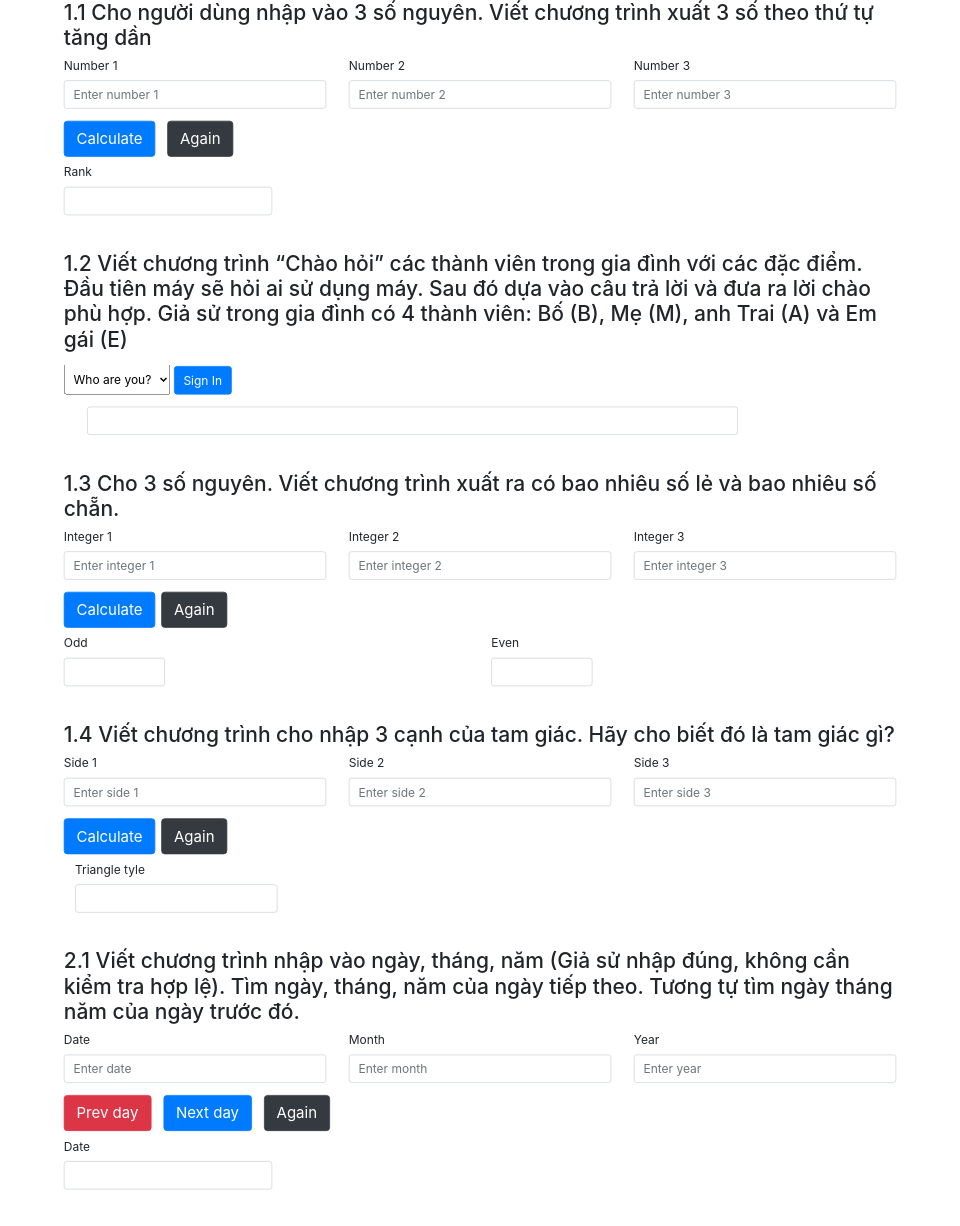
Repository: baobaodeveloper/bootscamp21__jsbasic__HuynhAnhBao
Page: index.html
These files come from the project's save history. The page is drawn as it stood at one moment and after the next save; the edit follows.
The browser window is 1280 px wide. The pictures show the whole page, at 75% of full size.

Above is the page before, as saved 2022-03-10 22:59:08.

After the next save:
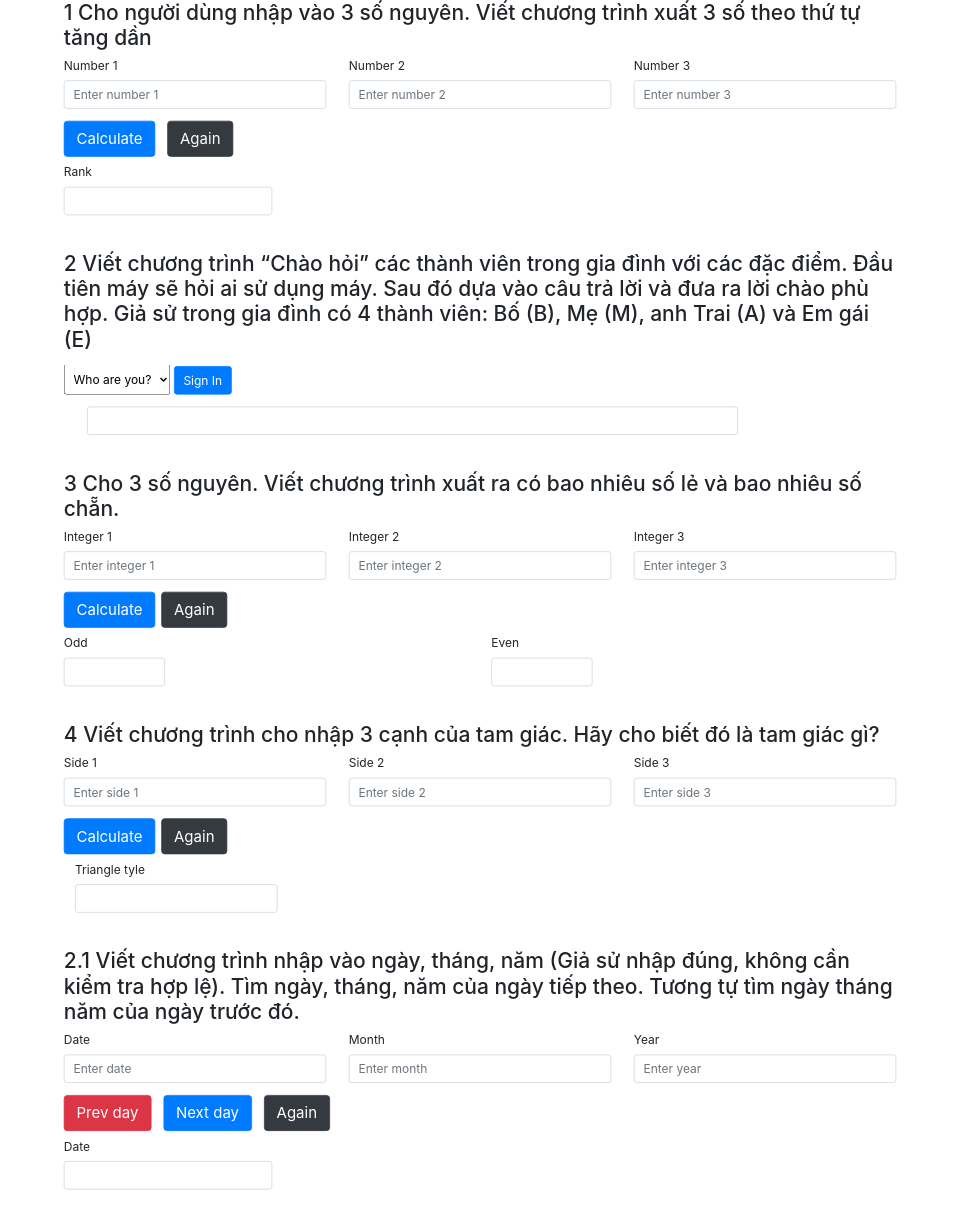
Saved 5 min 42 s later.
--- a/index.html
+++ b/index.html
@@ -18,11 +18,11 @@
     />
   </head>
   <body>
-    <!-- Cho người dùng nhập vào 3 số nguyên. Viết chương trình xuất 3 số theo thứ tự tăng dần -->
+    <!--1 Cho người dùng nhập vào 3 số nguyên. Viết chương trình xuất 3 số theo thứ tự tăng dần -->
     <div class="container mb-xl-5">
       <h3>
-        1.1 Cho người dùng nhập vào 3 số nguyên. Viết chương trình xuất 3 số
-        theo thứ tự tăng dần
+        1 Cho người dùng nhập vào 3 số nguyên. Viết chương trình xuất 3 số theo
+        thứ tự tăng dần
       </h3>
 
       <div class="row">
@@ -74,15 +74,15 @@
       </div>
     </div>
 
-    <!-- Viết chương trình “Chào hỏi” các thành viên trong gia đình với các đặc điểm. Đầu tiên máy
+    <!--2 Viết chương trình “Chào hỏi” các thành viên trong gia đình với các đặc điểm. Đầu tiên máy
     sẽ hỏi ai sử dụng máy. Sau đó dựa vào câu trả lời và đưa ra lời chào phù hợp. Giả sử trong
     gia đình có 4 thành viên: Bố (B), Mẹ (M), anh Trai (A) và Em gái (E) -->
     <div class="container mb-5">
       <h3 class="mb-3">
-        1.2 Viết chương trình “Chào hỏi” các thành viên trong gia đình với các
-        đặc điểm. Đầu tiên máy sẽ hỏi ai sử dụng máy. Sau đó dựa vào câu trả lời
-        và đưa ra lời chào phù hợp. Giả sử trong gia đình có 4 thành viên: Bố
-        (B), Mẹ (M), anh Trai (A) và Em gái (E)
+        2 Viết chương trình “Chào hỏi” các thành viên trong gia đình với các đặc
+        điểm. Đầu tiên máy sẽ hỏi ai sử dụng máy. Sau đó dựa vào câu trả lời và
+        đưa ra lời chào phù hợp. Giả sử trong gia đình có 4 thành viên: Bố (B),
+        Mẹ (M), anh Trai (A) và Em gái (E)
       </h3>
 
       <select class="form-select p-2" aria-label="Default select example">
@@ -106,10 +106,10 @@
       </div>
     </div>
 
-    <!--  1.3 Cho 3 số nguyên. Viết chương trình xuất ra có bao nhiêu số lẻ và bao nhiêu số chẵn.-->
+    <!--  3 Cho 3 số nguyên. Viết chương trình xuất ra có bao nhiêu số lẻ và bao nhiêu số chẵn.-->
     <div class="container mb-xl-5">
       <h3>
-        1.3 Cho 3 số nguyên. Viết chương trình xuất ra có bao nhiêu số lẻ và bao
+        3 Cho 3 số nguyên. Viết chương trình xuất ra có bao nhiêu số lẻ và bao
         nhiêu số chẵn.
       </h3>
 
@@ -168,12 +168,12 @@
       </div>
     </div>
 
-    <!--Viết chương trình cho nhập 3 cạnh của tam giác. Hãy cho biết đó là tam giác gì?-->
+    <!--4 Viết chương trình cho nhập 3 cạnh của tam giác. Hãy cho biết đó là tam giác gì?-->
 
     <div class="container mb-xl-5">
       <h3>
-        1.4 Viết chương trình cho nhập 3 cạnh của tam giác. Hãy cho biết đó là
-        tam giác gì?
+        4 Viết chương trình cho nhập 3 cạnh của tam giác. Hãy cho biết đó là tam
+        giác gì?
       </h3>
 
       <div class="row">
